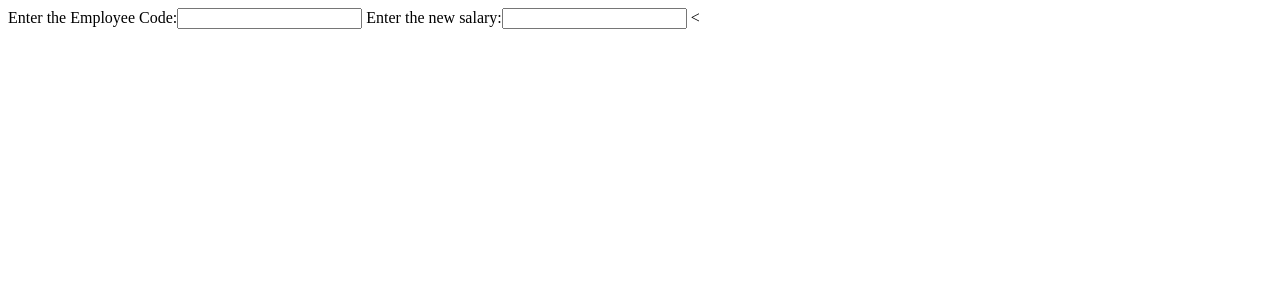
Repository: SravyaChunduri/workspace
Page: http://localhost/DAY15_DAO_/UpdateEmp.jsp
An editor plug-in stored every save of this project. The page is shown before and after the next save, followed by the edit.
The browser window is 1280 px wide. The pictures show the whole page.
The page is served by Tomcat 9. Other server files are loaded and not shown.

Above is the page before, as saved 2015-08-13 04:19:47.

### DAY15(DAO)/WebContent/UpdateEmp.jsp
<%@ page language="java" contentType="text/html; charset=ISO-8859-1"
    pageEncoding="ISO-8859-1"%>
<!DOCTYPE html PUBLIC "-//W3C//DTD HTML 4.01 Transitional//EN" "http://www.w3.org/TR/html4/loose.dtd">
<html>
<head>
<meta http-equiv="Content-Type" content="text/html; charset=ISO-8859-1">
<title>Insert title here</title>
</head>
<body>
<form action="UpdateEmp">
Enter the Employee Code:<input type="text" name="empcode">
Enter the new salary:<input type="text" name="nsalary">
<




</form>

</body>
</html>

After the next save:
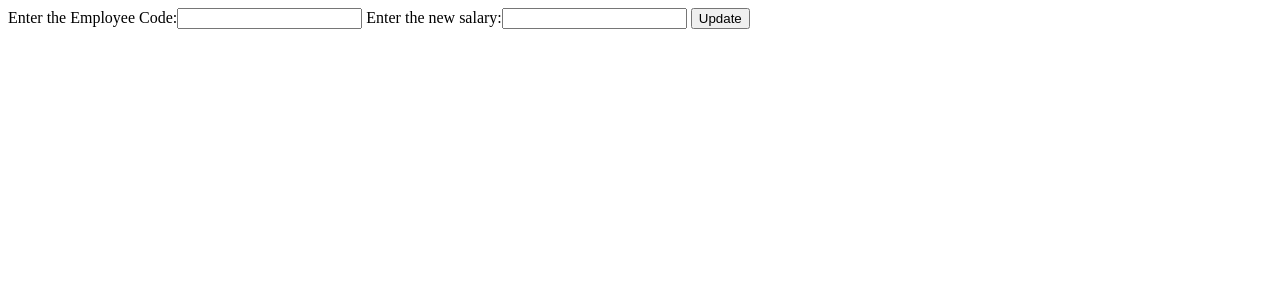
Saved 21 s later.
--- a/DAY15(DAO)/WebContent/UpdateEmp.jsp
+++ b/DAY15(DAO)/WebContent/UpdateEmp.jsp
@@ -10,7 +10,8 @@
 <form action="UpdateEmp">
 Enter the Employee Code:<input type="text" name="empcode">
 Enter the new salary:<input type="text" name="nsalary">
-<
+<input type="submit" value="Update">
+</form>
 
 
 
